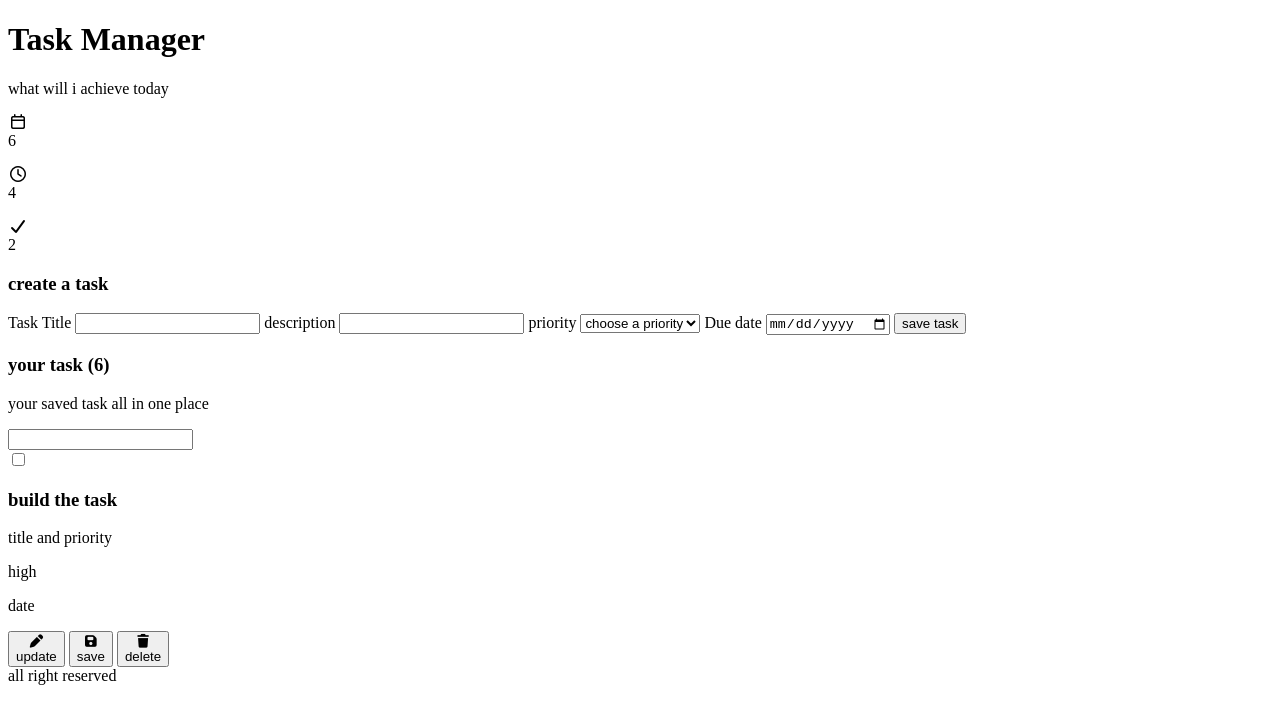
Repository: XDENTERTAINMENT/task-manager-groupwork
Page: index.html
These files come from the project's save history. The page is drawn as it stood at one moment and after a run of saves; the edit follows.
The browser window is 1280 px wide. The pictures show the whole page.

Above is the page before, as saved 2026-10-23 21:53:31.

### index.html
<!DOCTYPE html>
<html lang="en">
<head>
    <meta charset="UTF-8">
    <meta name="viewport" content="width=device-width, initial-scale=1.0">
    <title>Personal-Task-Manager</title>
    <link rel="stylesheet" href="https://cdnjs.cloudflare.com/ajax/libs/font-awesome/7.3.1/css/all.min.css" integrity="sha512-QeR2VH+lsBE5LSAe1Q5EnTBbe7XTBubt8dG93Y7gidSgdMCr8nVqKcfKAMyN96SV8KDbZVTDXChatu5G2KQGzg==" crossorigin="anonymous" referrerpolicy="no-referrer">
</head>
<body>

   <header>
    <h1>Task Manager</h1>
    <p>what will i achieve today</p>
   </header>
    <!-- the main -->
   <main>
    <section class="section1">
        <div>
        <p id="total-task"> <div><i class="fa-regular fa-calendar"></i></div>6</p>
        </div>

        <div>
        <p id="pending-task"> <div> <i class="fa-regular fa-clock"></i></div>4</p>
        </div>

        <div>
        <p  id="completed-task"> <div><i class="fa-solid fa-check"></i></div>2</p>
        </div>
    </section>



    <!-- section 2 -->
    <section  class="section2">

        <!-- the create task section -->
      <div class="create-task">

          <div>
            <h3>create a task</h3>
        </div>
       <form action="submit">

           <label for="title">
             Task Title
            <input type="text"  id="title-input">
           </label>


           <label for="description">
                   description
            <input type="text"  id="description-input">
           </label>

           <label for="priority">

            priority
             <select name="" id="">
                <option value="">choose a priority</option>
                <option value=""> High</option>
                <option value=""> Medium</option>
                <option value="">  low</option>
             </select>
           </label>

           <label for="date">
            Due date
            <input type="date">
           </label>

     <button class="form-button"> save task</button>
       </form>
    <div>




      <!-- task mapping -->

        <div class="task-mapping">

              <h3> your task (6)</h3>
        <p> your saved task all in one place</p>
        <div></div>
        <input  type="search">


        <!-- the card -->
         <div class="card">
            <input type="checkbox">
            <div>

                <h3> build the task</h3>
                <p>title and priority</p>
                <p id="priority"> high</p></div>
                <p> date</p>


         </div>
<!-- the inline editing -->
         <div>
            <button><div><i class="fa-solid fa-pen"></i></div>update</button>
            <button  class="save"> <div><i class="fa-solid fa-floppy-disk"></i></div>save</button>
            <button class="delete"> <div><i class="fa-solid fa-trash"></i></div>delete</button>

         </div>

        </div>



</div>

    </section>
   </main>

   <!-- the footer -->
   <footer>
    all right reserved
   </footer>
</body>
</html>

After the next 2 saves:
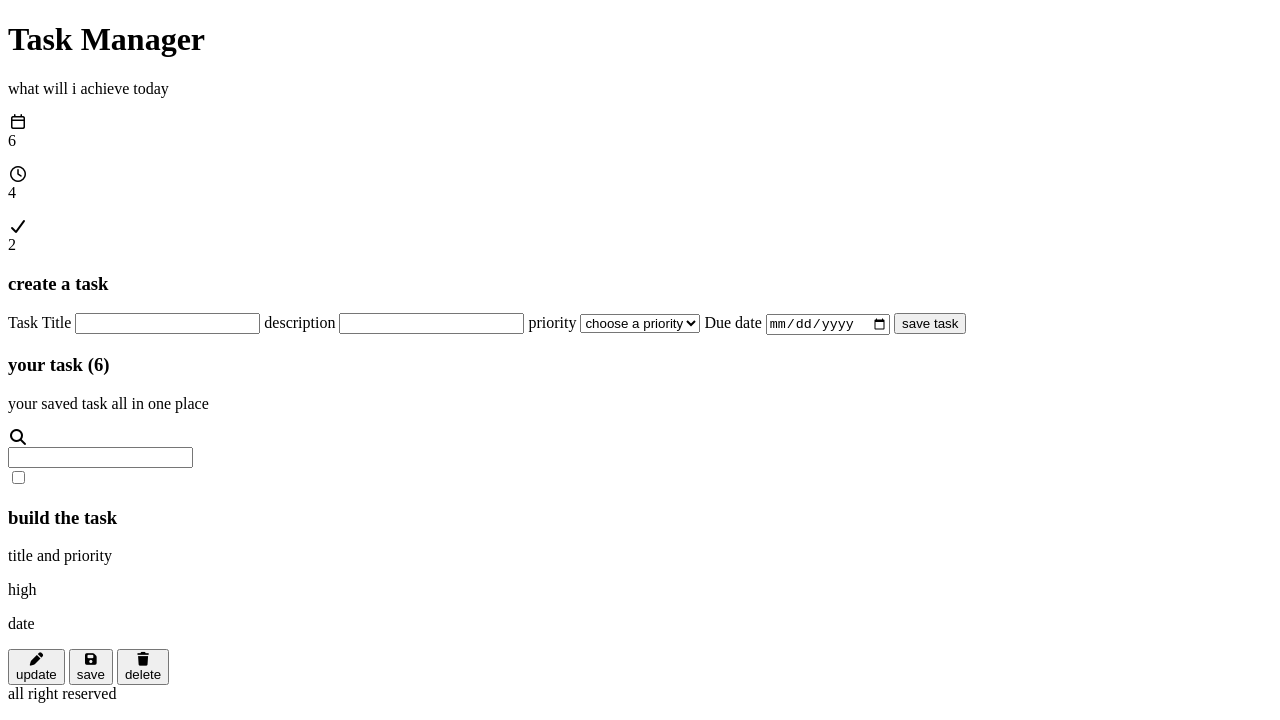
The 2 saves are shown as one change because they came seconds apart.
The last was saved 8 s later.
--- a/index.html
+++ b/index.html
@@ -81,7 +81,9 @@
 
               <h3> your task (6)</h3>
         <p> your saved task all in one place</p>
-        <div></div>
+        <div>
+            <i class="fa-solid fa-magnifying-glass"></i>
+        </div>
         <input  type="search">
 
 

After the 2 saves that followed:
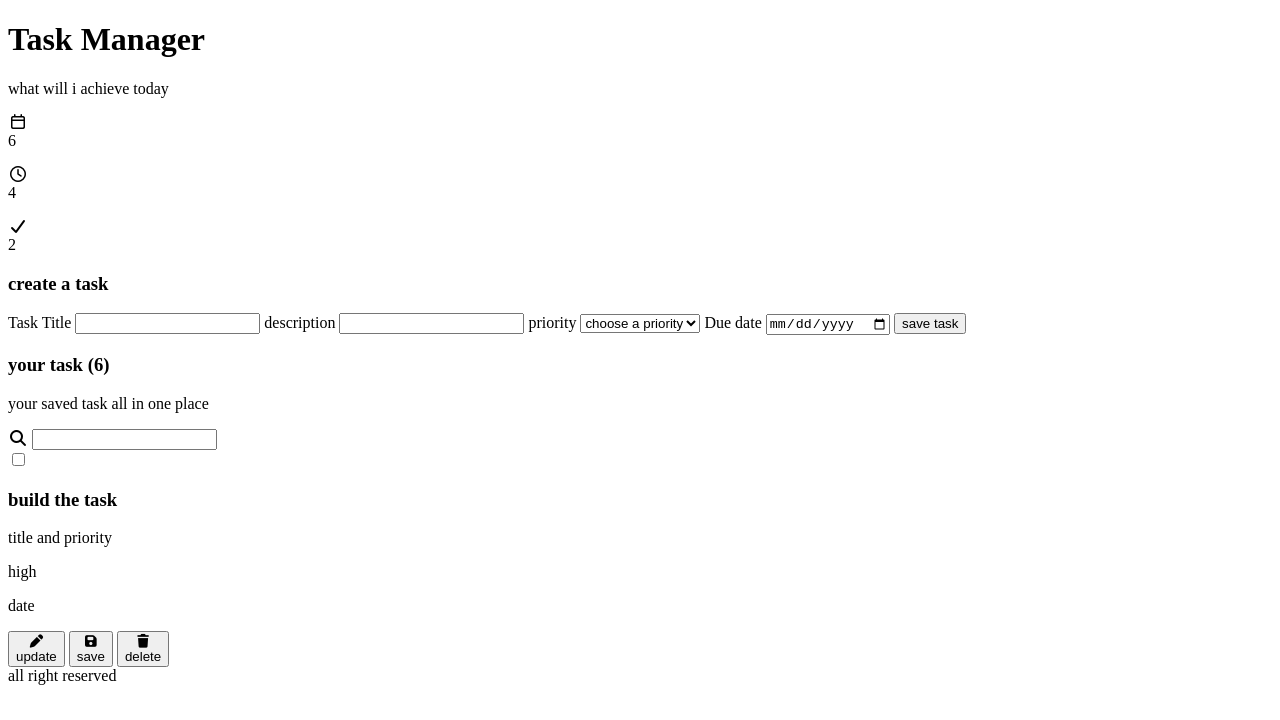
The 2 saves are shown as one change because they came seconds apart.
The last was saved 8 s later.
--- a/index.html
+++ b/index.html
@@ -83,8 +83,9 @@
         <p> your saved task all in one place</p>
         <div>
             <i class="fa-solid fa-magnifying-glass"></i>
+            <input  type="search">
         </div>
-        <input  type="search">
+
 
 
         <!-- the card -->
